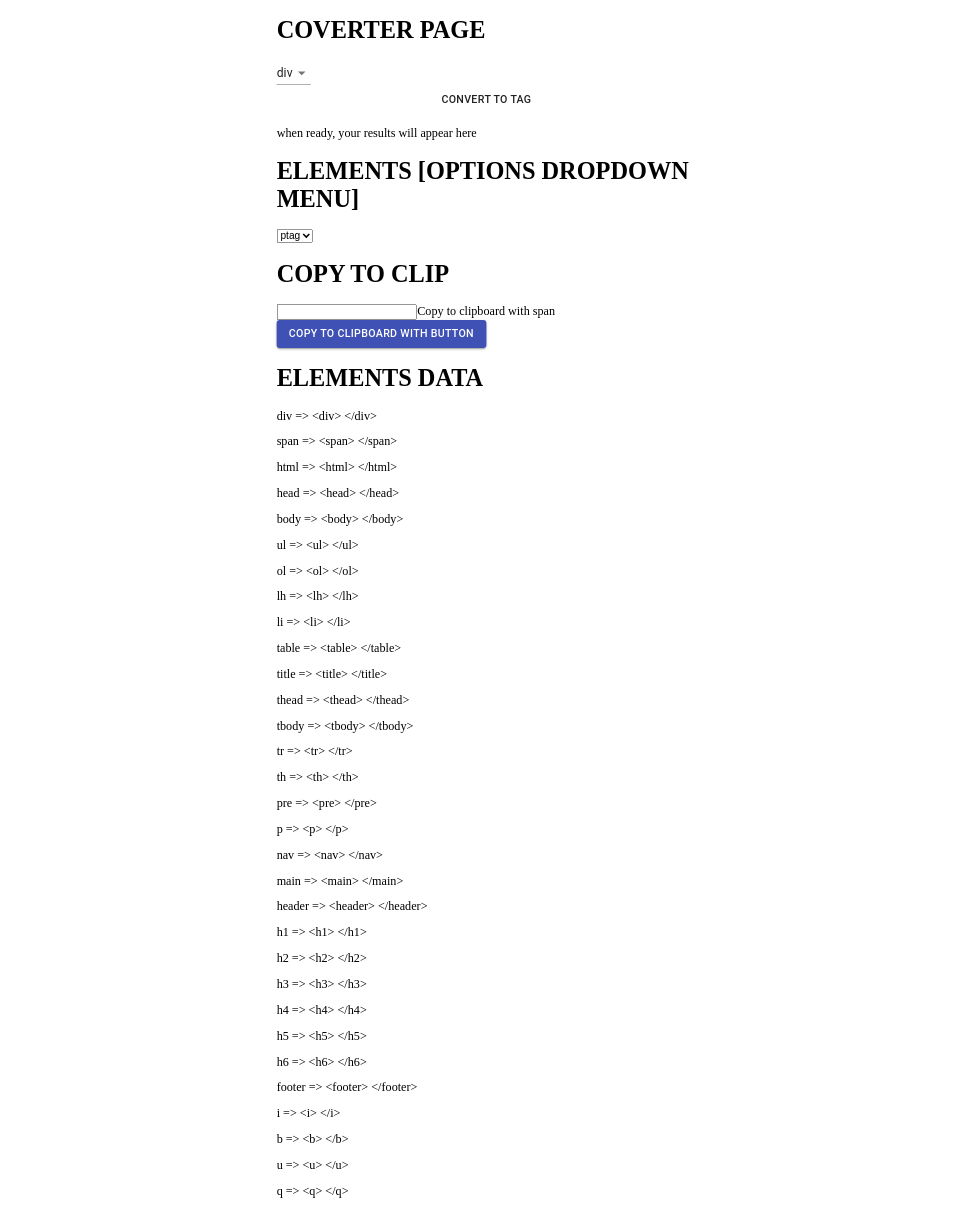
Repository: DevLuDaley/element-generator
Page: /
These files come from the project's save history. The page is drawn as it stood at one moment and after the next save; the edit follows.
The browser window is 1280 px wide. The pictures show the whole page, at 76% of full size.
The project was rebuilt for these pictures with package versions that can differ from the ones it lists, and the page was loaded fresh each time. Also part of the build but not shown: webpack.config.js, src/components/optionsArray.js.

Above is the page before, as saved 2020-12-23 20:52:40.

### public/index.html
<!-- ! index.html -->
<!DOCTYPE html>
<html lang="en">
<head>
    <meta charset="UTF-8">

    <meta  name="viewport"
  content="minimum-scale=1, initial-scale=1, width=device-width">
  <link rel="stylesheet" href="https://fonts.googleapis.com/icon?family=Material+Icons" />
    <title>React Element Generator</title>
</head>
<body>
    <div id="root"></div>
    <noscript>
        Please enable Javascript to view this site.
    </noscript>
    <script src="../dist/bundle.js"></script>
</body>
</html>

### src/index.js

import { render } from 'react-dom'
import React from 'react';
import ReactDOM from 'react-dom';
import { Provider } from 'react-redux'
import { BrowserRouter as Router } from 'react-router-dom';
// import reportWebVitals from './reportWebVitals';

import configureStore from './store/configureStore';
import App from './App';

const store = configureStore()

// render(
ReactDOM.render(
  <Provider store={store}>
    <Router>
        <React.StrictMode>
            <App/>
        </React.StrictMode>
    </Router>
  </Provider>,
  document.getElementById('root')
);

// if (module.hot) {
//    module.hot.accept('../dist/print.js', function() {
//      console.log('GREAT JOB LU!');
//      printMe();
//    })
//  }

// If you want to start measuring performance in your app, pass a function
// to log results (for example: reportWebVitals(console.log))
// or send to an analytics endpoint. Learn more: https://bit.ly/CRA-vitals
// reportWebVitals();

### src/store/configureStore.js
// import { createStore, applyMiddleware, compose, combineReducers } from 'redux'
import thunk from 'redux-thunk'

import { applyMiddleware, compose, createStore } from 'redux'
import thunkMiddleware from 'redux-thunk'
import { composeWithDevTools } from 'redux-devtools-extension'
// import mealsReducer from './mealsReducer'
import monitorReducersEnhancer from '../enhancers/monitorReducer'
import loggerMiddleware from '../middleware/logger'
import rootReducer from '../reducers/reducer'

export default function configureStore(preloadedState) {
  const middlewares = [loggerMiddleware, thunkMiddleware]
//   const middlewares = [loggerMiddleware, thunk]
  const middlewareEnhancer = applyMiddleware(...middlewares)

  const enhancers = [middlewareEnhancer, monitorReducersEnhancer]
//   const composedEnhancers = compose(...enhancers)
  const composedEnhancers = composeWithDevTools(...enhancers)

  const store = createStore(rootReducer, preloadedState, composedEnhancers)

  if (process.env.NODE_ENV !== 'production' && module.hot) {
    module.hot.accept('../reducers/reducer', () => store.replaceReducer(rootReducer))
  }

  return store
}

### src/App.js
import React, { Fragment} from 'react'
import '../public/App.css'
import MainContainer from './containers/MainContainer'

const App = () => {
    return (
            <Fragment>
                <section className="App">
                </section>
                <MainContainer/>
            </Fragment>
           );
}
export default App;

### src/reducers/reducer.js
import { combineReducers } from 'redux';
import converterReducer from './converterReducer'

const rootReducer = combineReducers({
  converterReducer
})

export default rootReducer

### src/containers/MainContainer.js
import React from 'react'
import ConverterPage from '../components/ConverterPage'
const MainContainer = () => {
    return (
        <div>
            <ConverterPage/>
        </div>
    )
}

export default MainContainer

### src/reducers/converterReducer.js
const intialState = {elements: []}

export default function loadRecipesReducer(state = intialState, action) {
// debugger
    switch (action.type) {
        case 'LOAD_ELEMENT':
            // const baseQuery = action.payload["results"][0]
            const baseQuery = action.payload
        // console.log('🚀 ~ line 11 ~ recipesReducer ~ baseQuery', baseQuery);

            return {elements: baseQuery}

        // case 'ADD_ELEMENT':
        //     let newRecipe = action.payload
        //     return {...state.loadRecipes, loadRecipes: state.recipes.concat(newRecipe)}

        default:
            // return {...state}
            return state
    }

}

### src/components/ConverterPage.js
import React, { Fragment, useState, useEffect }from 'react'
import { Grid, Container, Box, FormControl, FormGroup, Modal, Input, InputLabel, Button, Checkbox, Select, MenuItem } from '@material-ui/core';

import Elements from '../components/Elements'
import ElementsData from './ElementsData'
import {optionsArray} from './optionsArray'
import {CopyToClipboard} from 'react-copy-to-clipboard';
import CopyToClip from './CopyToClip'


const ConverterPage = () => {
    var [name, setName] = useState("")
    var [confirmed, setConfirmed] = useState(false)
    const [type, setType] = useState('')
    const [value, setValue] = useState('')
    const [copied, setCopied] = useState(false)

    const handleChange = (e) => {
        e.preventDefault();
        setConfirmed(true)
        console.log('🚀 ~ file: ConverterPage.js ~ line 21 ~ onSubmit', "HANDLE CHANGE")
    }

    const handleSubmit = (e) => {
        e.preventDefault();
        setConfirmed(true)
        console.log('🚀 ~ file: ConverterPage.js ~ line 27 ~ onSubmit', "HANDLE SUBMIT")
    }

    return (
        <Fragment>
        <Container maxWidth="sm">
            <h1>COVERTER PAGE</h1>
        <div>
            <FormControl >
        {/* <InputLabel id="demo-simple-select-label">Element-Type</InputLabel> */}
        <Select
          labelId="demo-simple-select-label"
          id="demo-simple-select"
          value={optionsArray[0].value}
          onChange={handleSubmit}
        >
    { optionsArray ?
        optionsArray.map(option => <MenuItem value={option.value} key={`option-${option.id}`}>
            {option.key}
        </MenuItem>)
        : "null"
    }
        </Select>
      </FormControl>

            <FormGroup id='convert-to-element-form' onSubmit={handleSubmit}>



                {/* <Checkbox type="text" name="pTag"
                // onClick={e => setName(e.target.value)}
                onClick={e => console.log(e.target)}

                /> */}

              {/* <InputLabel> Enter text to be converted </InputLabel>
                <Input type="text" placeholder='enter text...' value={name} name="name" onChange={e => setName(e.target.value)}/> */}

                <Button onClick={handleSubmit} type="submit" variant="raised" color="primary">
                        Convert to Tag
                </Button>
              </FormGroup>

              {/* <Button variant="contained"
              color="primary"
              onClick={(e) => {console.log("value of e.target => ", e.target)}}
                            type="copy"> Copy Text to clipboard
              </Button> */}
              <br>
              </br>
              { confirmed ?
                    <section name={name}>
                    &lt;option&gt;
                    <br></br>
                    { name }
                    <br></br>
                    &lt;/option&gt;
                    </section>
                    :
                    <Box color="primary">
                    when ready, your results will appear here
                    </Box>
                           }
        </div>
        {/* </Box> */}
        <Elements/>
        <CopyToClip/>
        <ElementsData/>
        {/* </Box> */}
        </Container>
        </Fragment>
    )
}


// const mapStateToProps = state => {
//     // console.log('state.loadRecipesReducer 1', state.loadRecipesReducer);
//     // console.log('state.loadRecipesReducer.loadedRecipes 2', state.loadRecipesReducer.loadedRecipes);
//     // const loadResults = state.loadRecipesReducer.loadedRecipes

//     // loadResults.map(load => load.title)
//     return(
//         {
//             // meals: state.loadRecipesReducer.meals,
//             name: state.name
//         }
//     )
// }

export default ConverterPage

### src/components/Elements.js
import React, {Fragment} from 'react'

const Elements = () => {
    const p = "&lt;"
    var pTags// = `&lt;/p&gt;`

    return (<Fragment>
    <h1>ELEMENTS [OPTIONS DROPDOWN MENU]</h1>

<select>
<option
    value="&lt;p&gt; &lt;/p&gt;"
>ptag
</option>

<option
value="&lt;H1&gt; &lt;/H1&gt;"
>H1
</option>

<option
value="&lt;H2&gt; &lt;/H2&gt;"
>H2
</option>

    &lt;H1&gt;
    &lt;/H1&gt;

    &lt;H2&gt;
    &lt;/H2&gt;

    &lt;H3&gt;
    &lt;/H3&gt;

    &lt;H4&gt;
    &lt;/H4&gt;

    &lt;H5&gt;
    &lt;/H5&gt;

    &lt;H6&gt;
    &lt;/H6&gt;
</select>

    {/* {p} */}

    </Fragment>)
}
export default Elements;

### src/components/ElementsData.js
import React, {Fragment, useState} from 'react'
import {optionsArray} from './optionsArray'
// &lt;
// &gt;
const ElementData = () => {

// const wordSplit = elementsArray[1].split(" ")
const wordSplit = optionsArray //.split(" ")
// const [startTag, endTag] =  wordSplit
// console.log("wordSplit", wordSplit)
// console.log("wordSplit[0]", wordSplit[0]["div"])
return (
    <Fragment>
    <h1>ELEMENTS DATA</h1>
    {optionsArray ? optionsArray.map(op => <p>
    {op.key} => {op.value}
    </p>
    ): null}
        {/* {elementsArray[1]} */}
        {/* {wordSplit[0]} text that needs to be divd
        {" " + wordSplit[1]} */}
        {/* {wordSplit} */}
        {/* {startTag + " "}
        things
        {" " + endTag} */}
    </Fragment>  );
}
export default ElementData;

### src/components/CopyToClip.js
import React, { Fragment, Component, useState, useEffect }from 'react'
import Elements from './Elements'
import ElementsData from './ElementsData'
import {CopyToClipboard} from 'react-copy-to-clipboard';
import Button from '@material-ui/core/Button';


    class CopyToClip extends Component {
        constructor(props) {
            super(props);
            this.state = {
                name: "",
                confirmed:false,
                value:'',
                copied: false
              }
        }
        handleSubmit = (e) => {
        e.preventDefault();
        // setConfirmed(true)
        // console.log('🚀 ~ file: ConverterPage.js ~ line 8 ~ onSubmit', name)
    }
        render() {
            return(
    // const [] = setState([])
    <Fragment>
    <h1>COPY TO CLIP</h1>
            <div>
        <input value={this.state.value}
          onChange={({target: {value}}) => this.setState({value, copied: false})} />

        <CopyToClipboard text={this.state.value}
          onCopy={() => this.setState({copied: true})}>
          <span>Copy to clipboard with span</span>
        </CopyToClipboard>

        <CopyToClipboard text={this.state.value}
          onCopy={() => this.setState({copied: true})}>
          <Button variant="contained" color="primary">Copy to clipboard with button</Button>
        </CopyToClipboard>

        {this.state.copied ? <span style={{color: 'red'}}>Copied.</span> : null}
            </div>
        </Fragment>


        )
    }
}


// const mapStateToProps = state => {
//     // console.log('state.loadRecipesReducer 1', state.loadRecipesReducer);
//     // console.log('state.loadRecipesReducer.loadedRecipes 2', state.loadRecipesReducer.loadedRecipes);
//     // const loadResults = state.loadRecipesReducer.loadedRecipes

//     // loadResults.map(load => load.title)
//     return(
//         {
//             // meals: state.loadRecipesReducer.meals,
//             name: state.name
//         }
//     )
// }
export default CopyToClip

Loaded but not shown: src/enhancers/monitorReducer.js (common file); src/middleware/logger.js (common file); public/App.css (common file)

After the next save:
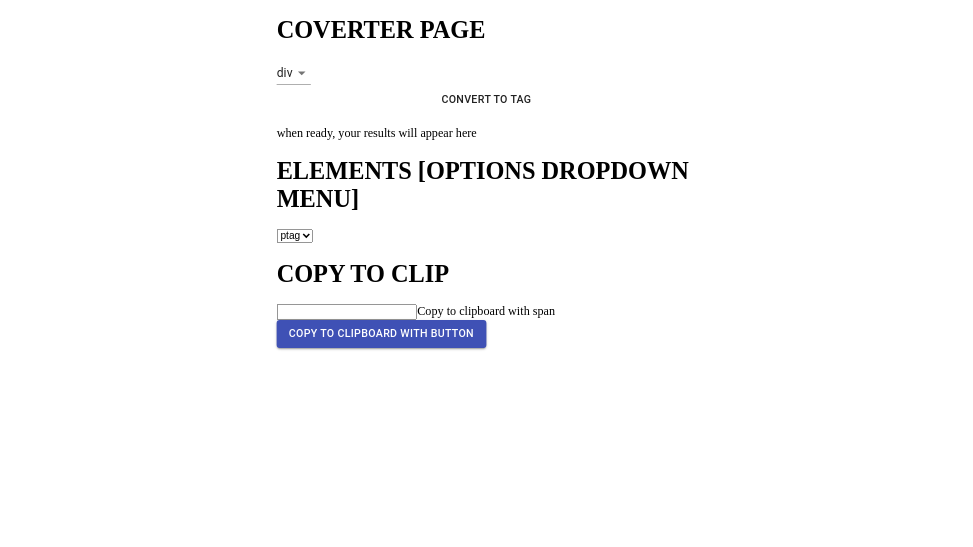
Saved 34 s later.
--- a/src/components/ConverterPage.js
+++ b/src/components/ConverterPage.js
@@ -91,7 +91,7 @@ const ConverterPage = () => {
         {/* </Box> */}
         <Elements/>
         <CopyToClip/>
-        <ElementsData/>
+        {/* <ElementsData/> */}
         {/* </Box> */}
         </Container>
         </Fragment>
